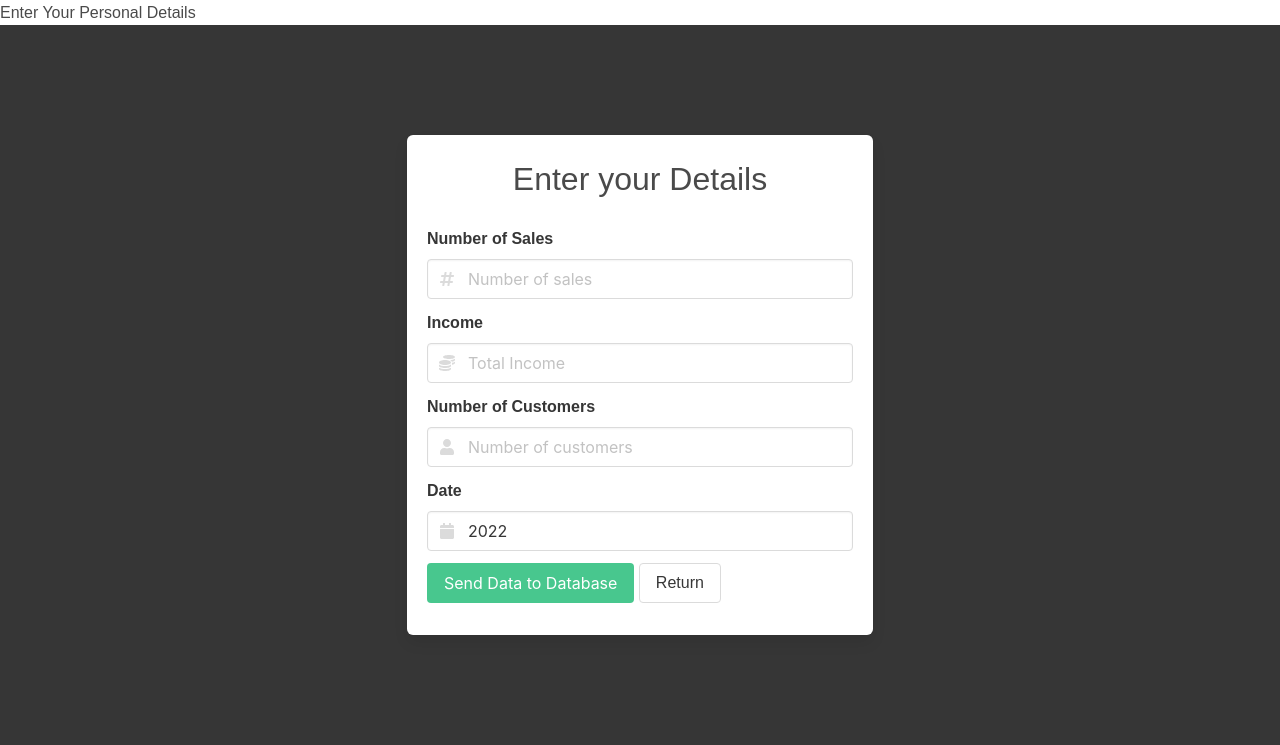
Repository: EmmanuelKeifala/Hackathon
Page: http://localhost/upload/
These files come from the project's save history. The page is drawn as it stood at one moment and after the next save; the edit follows.
The browser window is 1280 px wide. The pictures show the whole page.
Some web fonts or font styles are not loaded; a fallback is used. Some web libraries are served in a nearby version. The page is served by the project's application, run on Django 3.2 (manage.py).

Above is the page before, as saved 2022-10-29 07:56:41.

After the next save:
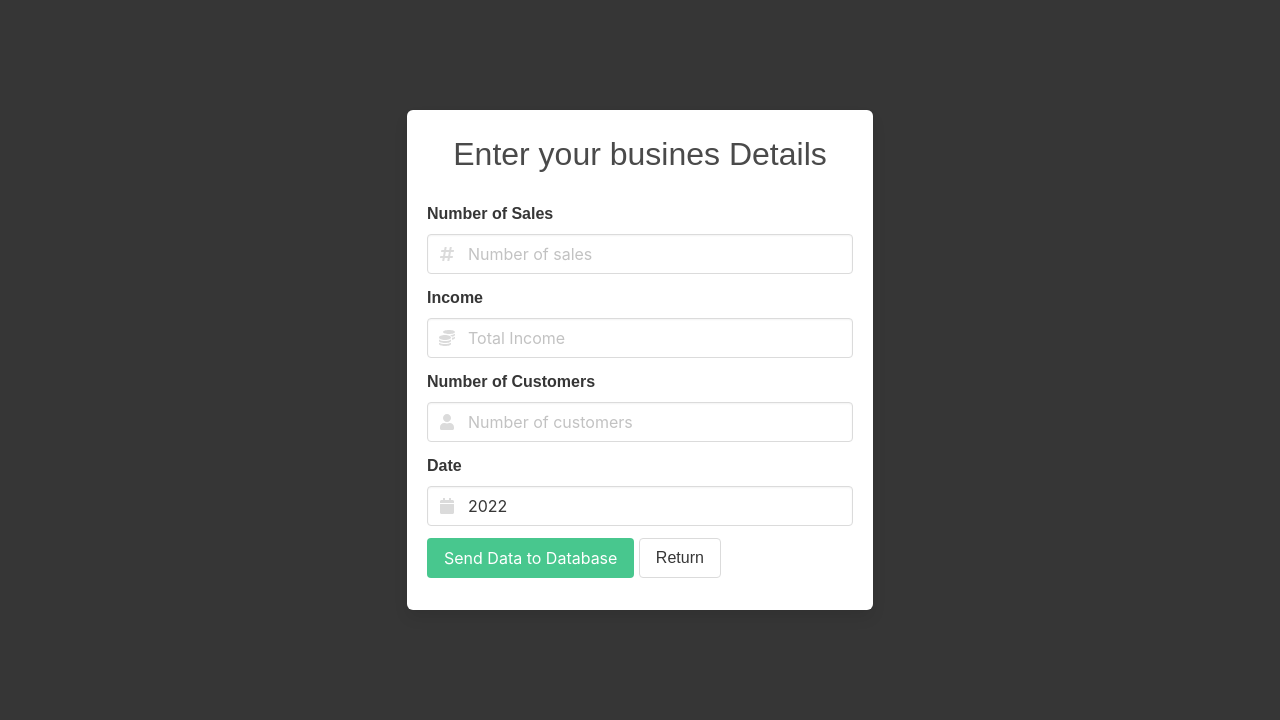
Saved 2 min 13 s later.
--- a/users/templates/users/upload.html
+++ b/users/templates/users/upload.html
@@ -4,7 +4,9 @@
   <head>
     <meta charset="utf-8" />
     <meta name="viewport" content="width=device-width, initial-scale=1" />
+    {% comment %}
     <etailstitle>Enter Your Personal Details</etailstitle>
+    {% endcomment %}
     <link
       href="https://fonts.googleapis.com/css2?family=Quicksand:wght@600&display=swap"
       rel="stylesheet"
@@ -90,7 +92,7 @@
                 {% csrf_token %}
 
                 <h1 class="has-text-centered mb-5 is-size-3">
-                  Enter your Details
+                  Enter your busines Details
                 </h1>
 
                 <div class="field">
